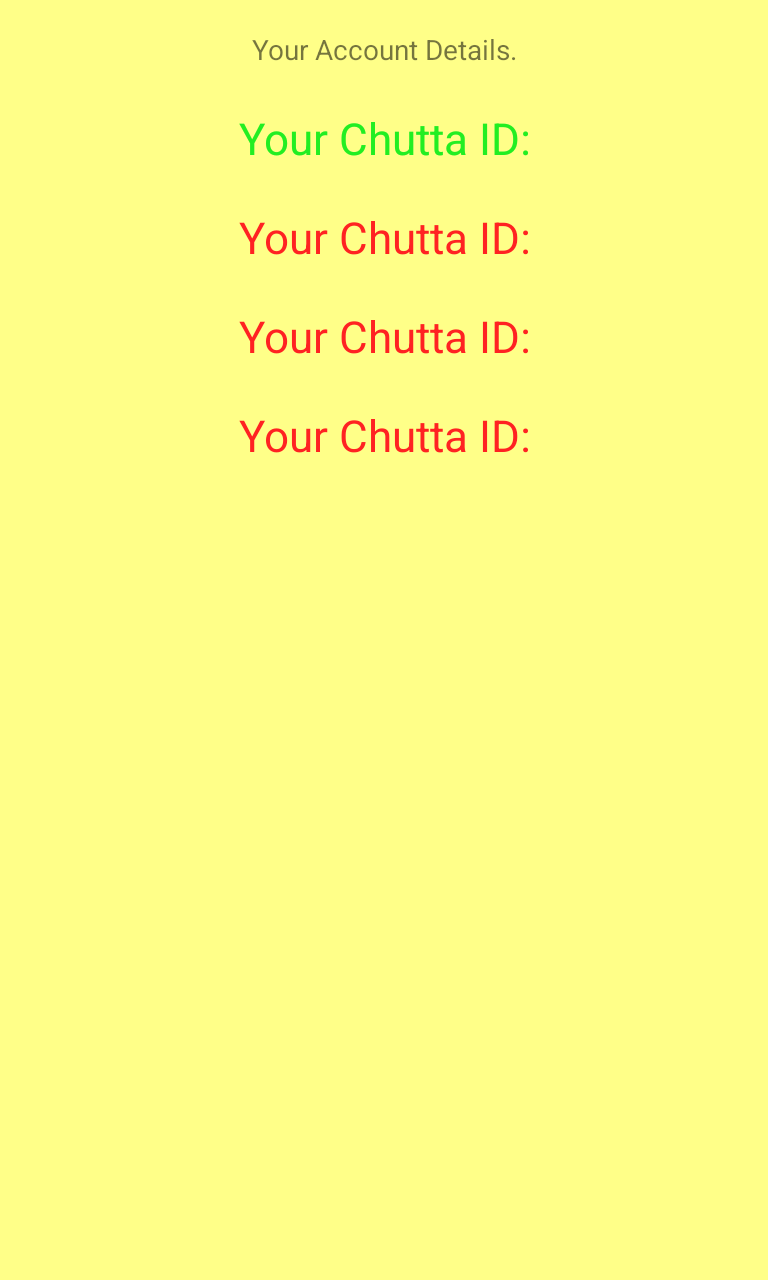
Repository: pankajksharma/chutta-pay
Layout: ChuttaPay/res/layout/activity_account.xml
The author's editor kept a copy of each file at every save. The layout is drawn from the files as they stood at one save, then again after the next save.
It is drawn on a 768 x 1280 px phone screen (xhdpi) without system bars, with theme AppTheme; the app's code is not run.

Above is the layout before, as saved 2014-04-26 16:26:20.

After the next save:
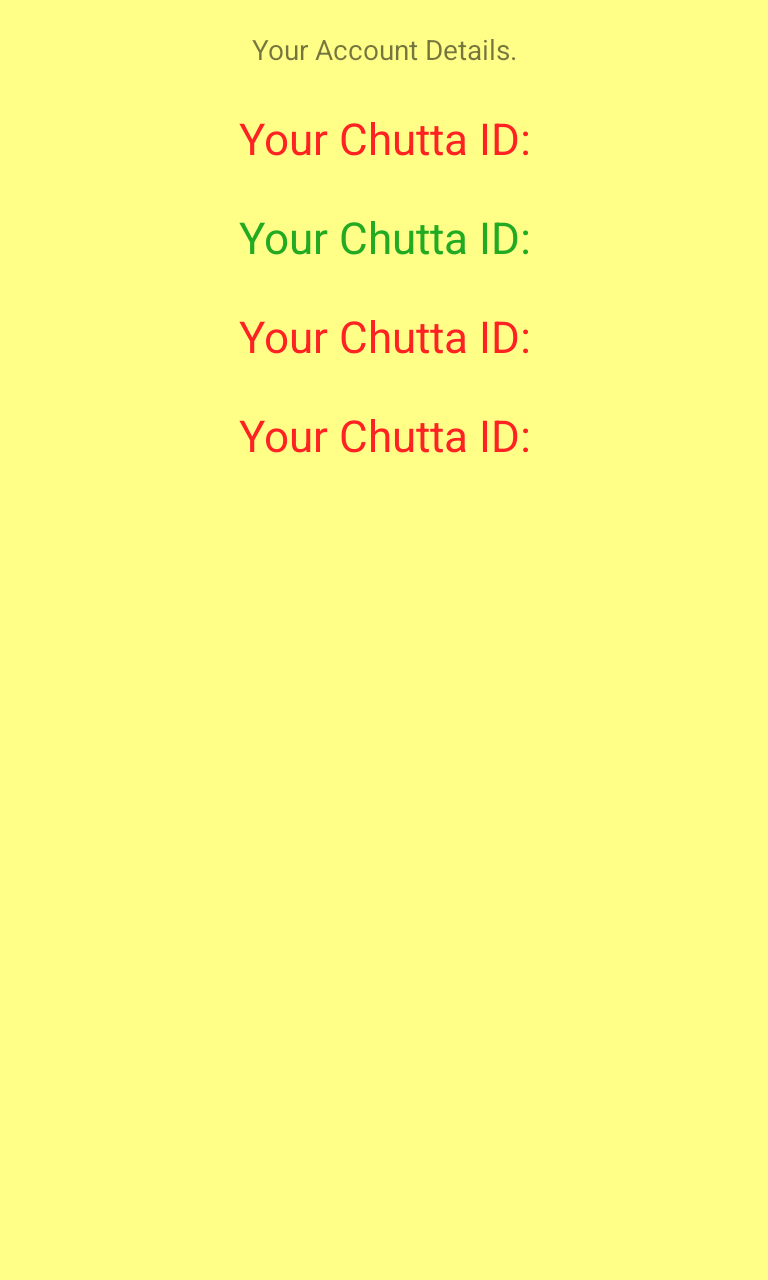
Saved 20 s later.
--- a/ChuttaPay/res/layout/activity_account.xml
+++ b/ChuttaPay/res/layout/activity_account.xml
@@ -26,7 +26,7 @@
             android:layout_height="wrap_content"
             android:gravity="center_horizontal"
             android:layout_marginBottom="20dp"
-            android:textColor="#22ee22"
+            android:textColor="#ff2222"
             android:textSize="22dp"
             android:text="Your Chutta ID:" />
 
@@ -35,7 +35,7 @@
             android:layout_height="wrap_content"
             android:gravity="center_horizontal"
             android:layout_marginBottom="20dp"
-            android:textColor="#ff2222"
+            android:textColor="#22aa22"
             android:textSize="22dp"
             android:text="Your Chutta ID:" />
 
